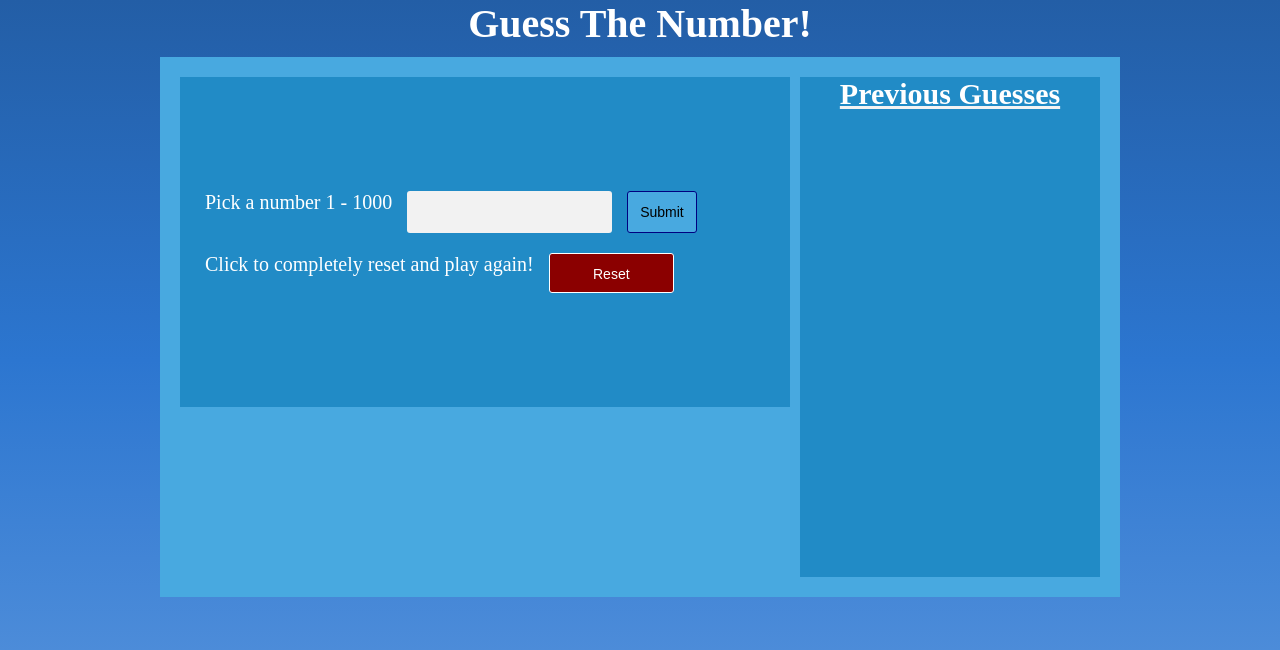
Repository: mlmEFSC21/P15-Modified-Guessing-Game
Page: guess.html
The author's editor kept a copy of each file at every save. The page is drawn from the files as they stood at one save, then again after the next save.
The browser window is 1280 px wide. The pictures show the whole page.

Above is the page before, as saved 2022-03-23 14:13:31.

After the next save:
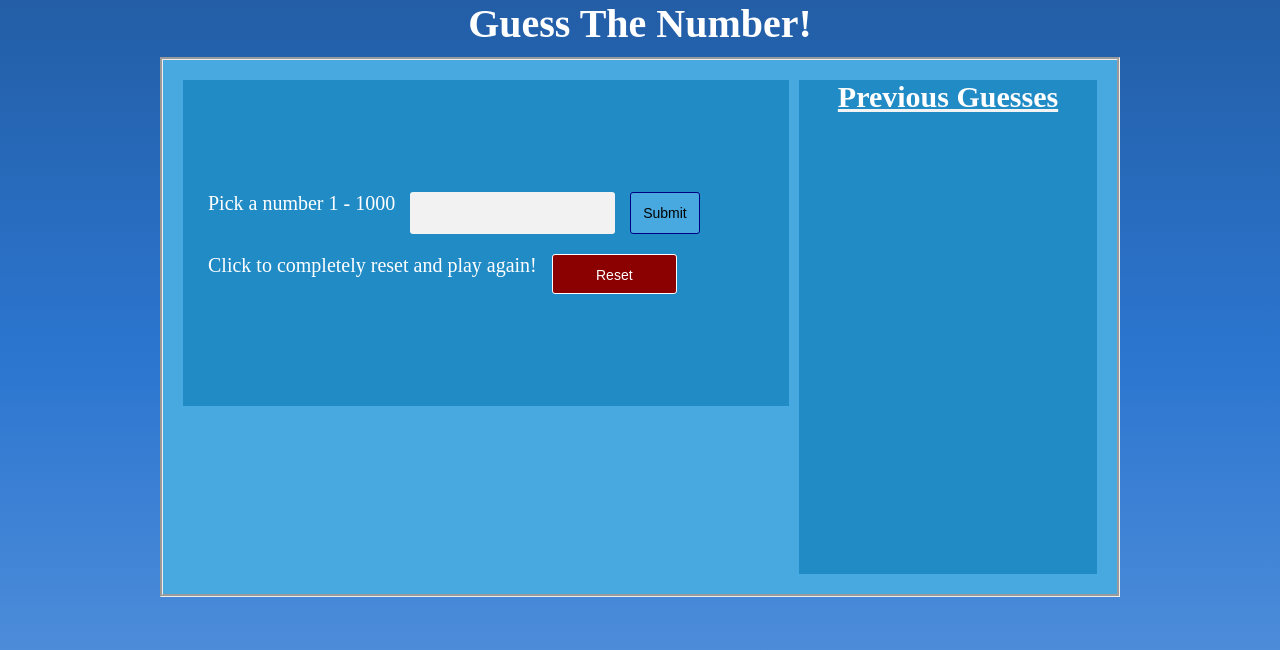
Saved 39 s later.
--- a/guess.css
+++ b/guess.css
@@ -35,6 +35,7 @@ body {
     gap: 10px;
     align-items: center;
     justify-content: center;
+    border-style: groove;
 }
 .results {
     background-color: var(--clr-primary);
